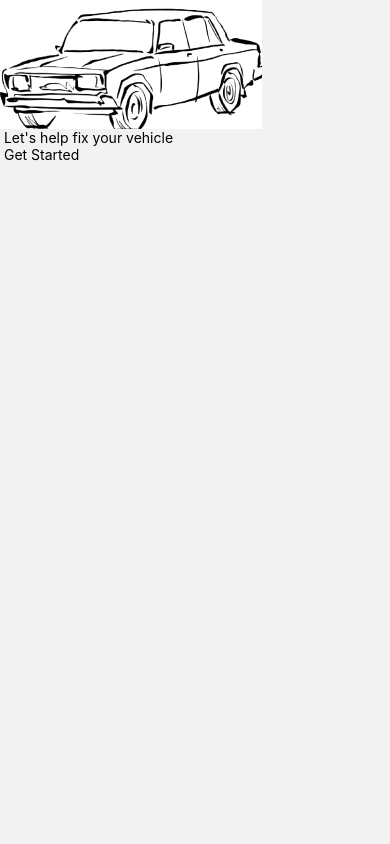
Repository: oyinmi/meko
Page: /
An editor plug-in stored every save of this project. The page is shown before and after the next save, followed by the edit.
The browser window is 390 px wide. The pictures show the whole page.
The app was drawn by React Native's web renderer in a window 390 px wide. The project was rebuilt for these pictures with package versions that can differ from the ones it lists, and the page was loaded fresh each time. Also part of the build but not shown: screens/Signup.js, screens/Signin.js, screens/Home.js.

Above is the page before, as saved 2021-02-15 21:38:33.

### App.js
import 'react-native-gesture-handler';
import { StatusBar } from 'expo-status-bar';
import React from 'react';
import { NavigationContainer } from '@react-navigation/native';
import { createStackNavigator } from '@react-navigation/stack';


import Launch from './screens/Launch';
import Signup from './screens/Signup';
import Signin from './screens/Signin';
import Home from './screens/Home';


const Stack = createStackNavigator();


const App = () => {
  return (
    <>
    <StatusBar backgroundColor='#EEFCFC' barStyle="default" />

      <NavigationContainer>

        <Stack.Navigator>

          <Stack.Screen options={{ headerShown: false }} name="Launch" component={Launch} />

          <Stack.Screen
            options={{
              headerTitleAlign: "center",
              headerStyle: {
                backgroundColor: '#EEFCFC'
              },
              headerTitleStyle: {
                color: 'white'
              },
              headerTintColor: "white"
            }}
            name="Signup"
            component={Signup}
          />

          <Stack.Screen
            options={{
              headerTitleAlign: "center",
              headerStyle: {
                backgroundColor: '#EEFCFC'
              },
              headerTitleStyle: {
                color: 'white'
              },
              headerTintColor: "white"
            }}
            name="Signin"
            component={Signin}
          />

          <Stack.Screen options={{ headerShown: false }} name="Home" component={Home} />

        </Stack.Navigator>

      </NavigationContainer>
    </>
  );
}


export default App;

### screens/Launch.js
/* jshint esversion: 6 */

import React from 'react';
import {
    View,
    Text,
    StyleSheet,
    TouchableOpacity,
    Image
} from 'react-native';


const Launch = ({ navigation }) => {
    return(
        <View style={ styles.container }>

            <Image source={ require('../assets/car 1.jpg') } style={ styles.image} />

            <Text style={ styles.motto }> Let's help fix your vehicle </Text>

            <TouchableOpacity style={ styles.startButton }>
               <Text style={ styles.startText } onPress={() => navigation.navigate('Signup')}> Get Started </Text>
            </TouchableOpacity>

        </View>
    );
}


export default Launch;


const styles = StyleSheet.create({
    container: {
        flex: 1,

    }
});

After the next save:
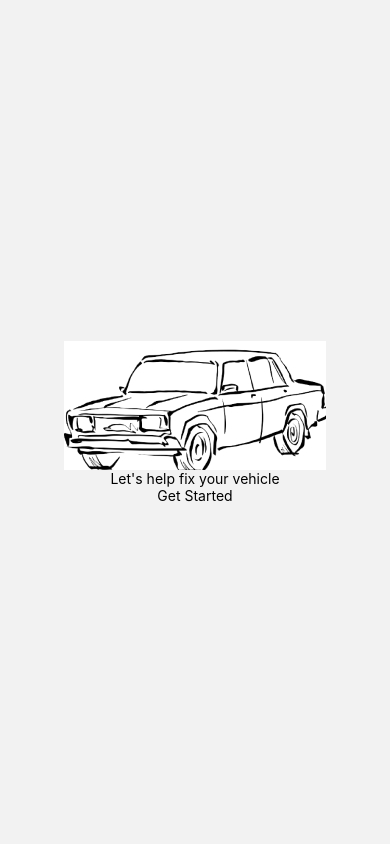
Saved 43 s later.
--- a/screens/Launch.js
+++ b/screens/Launch.js
@@ -33,6 +33,9 @@
 const styles = StyleSheet.create({
     container: {
         flex: 1,
-
+        alignItems: "center",
+        justifyContent: "center",
+        width: '80%',
+        alignSelf: "center",
     }
 });
